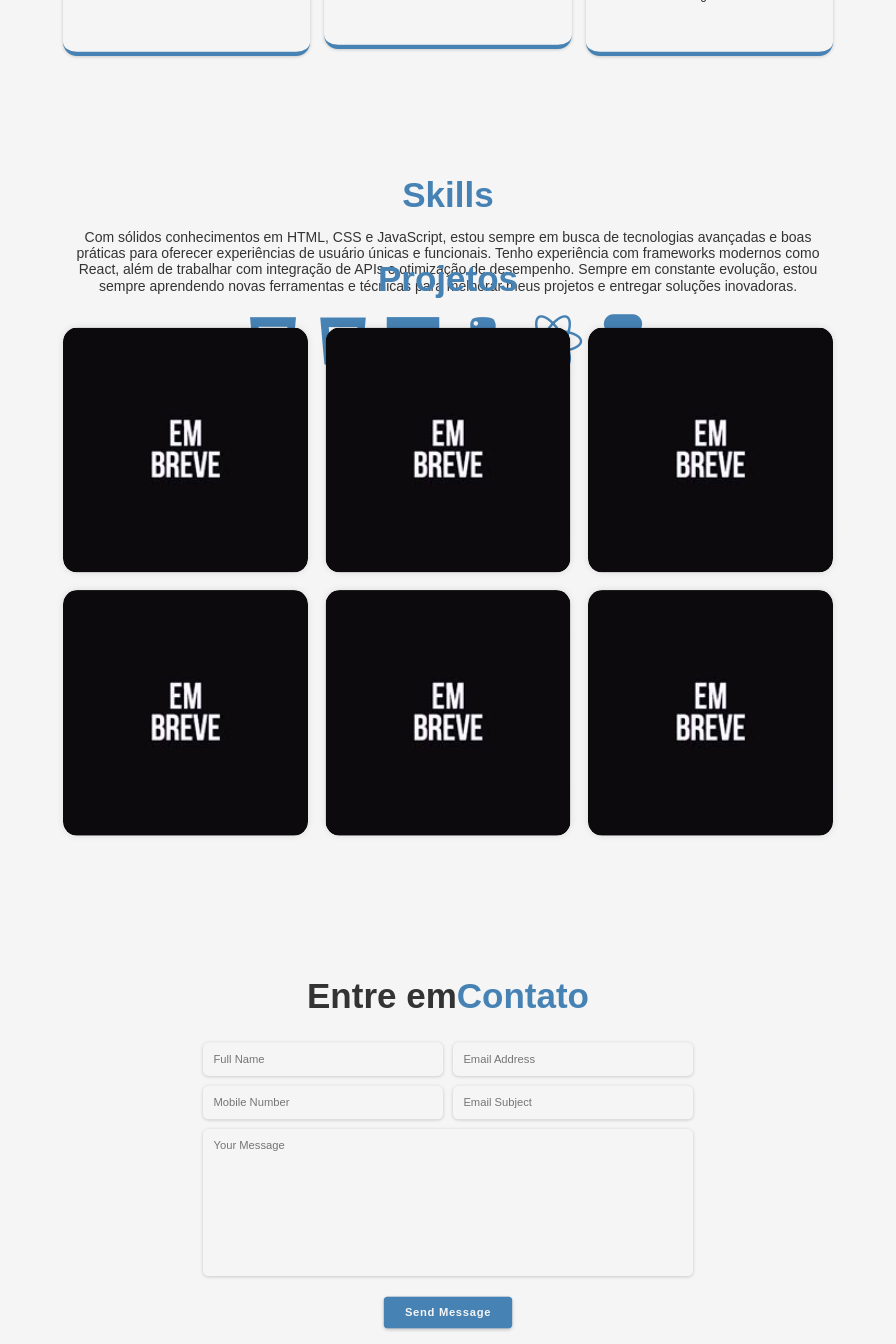
Repository: AliciaKathleen/portfolio-2025
Page: index.html
An editor plug-in stored every save of this project. The page is shown before and after the next save, followed by the edit.
The browser window is 1280 px wide. The pictures show the part of the page from y = 2070 to 3990 px (the page is 4152 px tall before and 4142 px after), at 70% of full size.

Above is the page before, as saved 2025-01-27 17:57:25.
Console error: TypeError: Cannot read properties of null (reading 'classList')

After the next save:
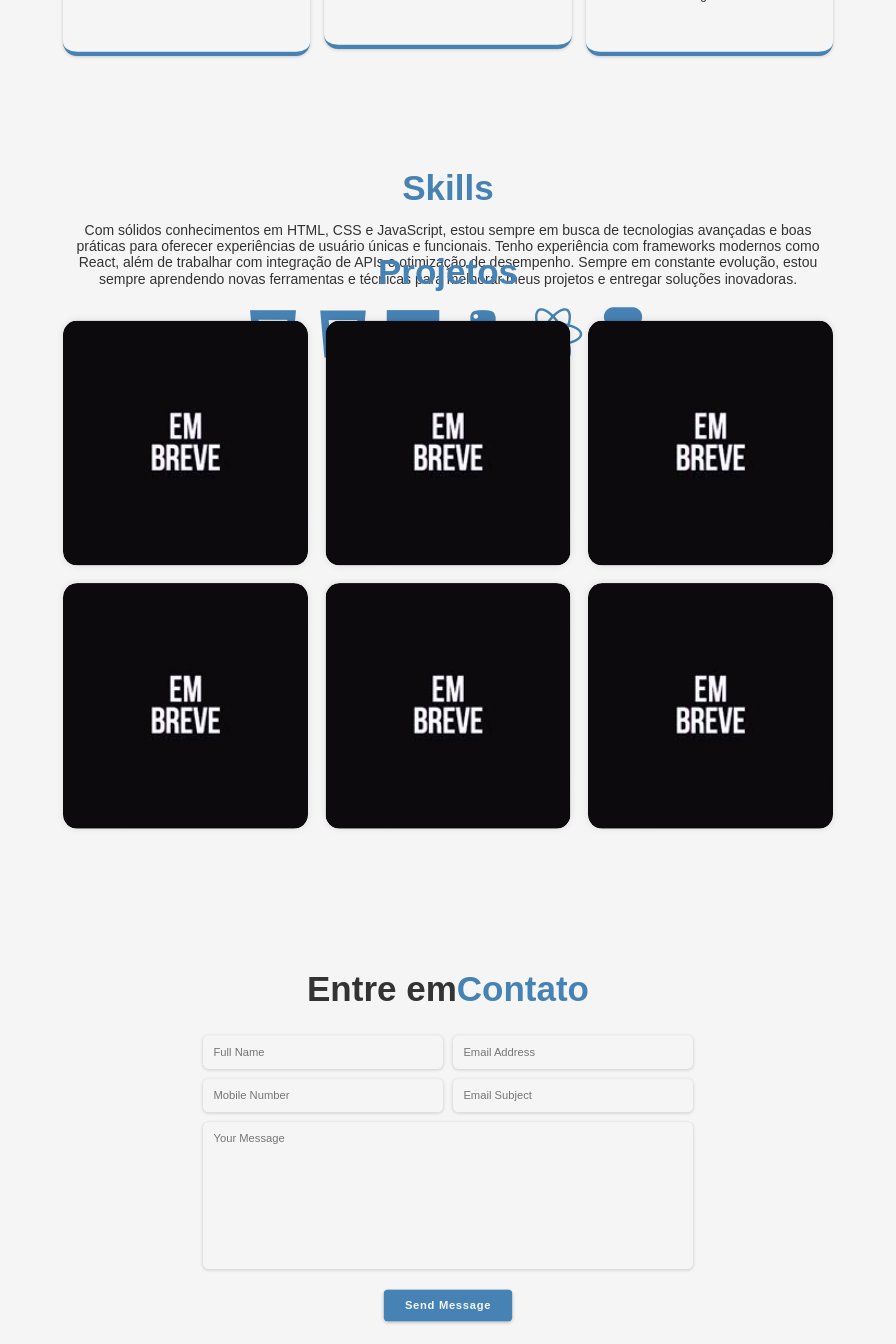
Saved 29 s later.
--- a/style.css
+++ b/style.css
@@ -350,7 +350,7 @@ span {
 }
 
 .skills {
-    margin-top: -8rem;
+    margin-top: -9rem;
 }
 
 .skills-container {
